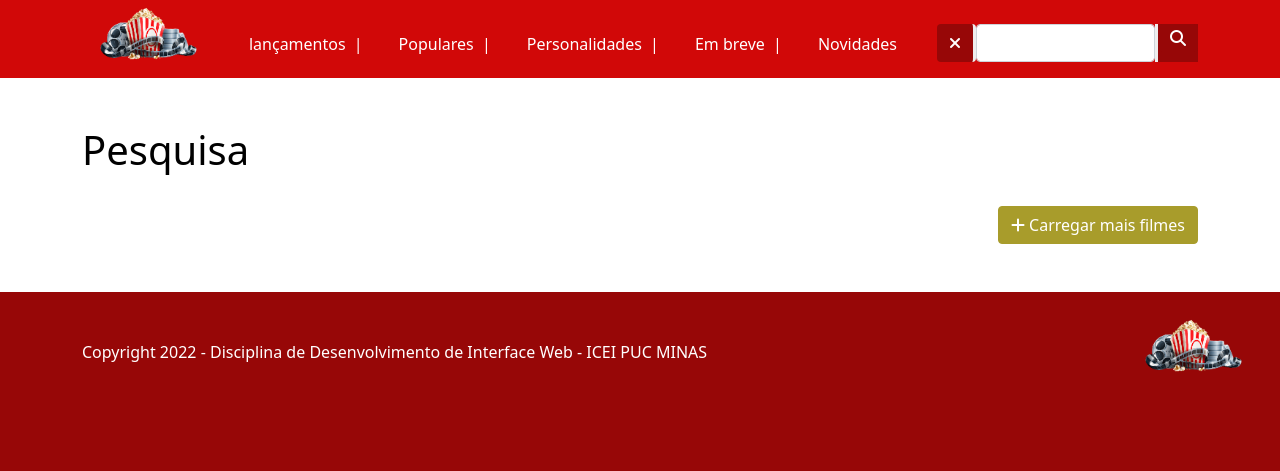
Repository: PedroH-Santos/portalFilmes-Html-JS
Page: Trabalho01-Web/pesquisa.html
These files come from the project's save history. The page is drawn as it stood at one moment and after the next save; the edit follows.
The browser window is 1280 px wide. The pictures show the whole page.
The page's requests for data from a server got no answer. Some web libraries are served in a nearby version.

Above is the page before, as saved 2022-06-09 20:13:26.
Console error (its wording comes from the project's code and is left out).

### Trabalho01-Web/pesquisa.html
<!doctype html>
<html lang="pt-br">

<head>
    <!-- Required meta tags -->
    <meta charset="utf-8">
    <meta name="viewport" content="width=device-width, initial-scale=1">

    <!-- Bootstrap CSS -->
    <link href="https://cdn.jsdelivr.net/npm/bootstrap@5.1.3/dist/css/bootstrap.min.css" rel="stylesheet"
        integrity="sha384-1BmE4kWBq78iYhFldvKuhfTAU6auU8tT94WrHftjDbrCEXSU1oBoqyl2QvZ6jIW3" crossorigin="anonymous">

    <script src="https://kit.fontawesome.com/5342ce2135.js" crossorigin="anonymous"></script>
    <link rel="stylesheet" href="./styles/home.css" />
    <script src="https://ajax.googleapis.com/ajax/libs/jquery/3.6.0/jquery.min.js"></script>

    <title>Portal de Filmes</title>
</head>

<body>
    <header class="header">

        <div class="container">
            <div class="row">
                <span class="col-xl-1 col-sm-12 col-12 logoContainer">
                    <a href="index.html">
                        <img src="./images/logo.png" class="logo mt-1" />
                    </a>
                </span>

                <div class="menu col-xl-8  mt-4">
                    <ul class="nav justify-content-end ">
                        <li class="nav-item">
                            <a class="nav-link" aria-current="page" href="#lancamentos"> lançamentos <span class="m-1">
                                    | </span>
                            </a>
                        </li>
                        <li class="nav-item">
                            <a class="nav-link" href="#populares"> Populares <span class="m-1"> | </span> </a>
                        </li>
                        <li class="nav-item">
                            <a class="nav-link" href="#ultimasAvaliacoes"> Personalidades <span class="m-1"> |
                                </span></a>
                        </li>
                        <li class="nav-item">
                            <a class="nav-link " href="#entrevistaMaking"> Em breve <span class="m-1"> | </span></a>
                        </li>
                        <li class="nav-item">
                            <a class="nav-link" href="#novidades"> Novidades </a>
                        </li>
                    </ul>
                </div>
                <div class="pesquisa col-xl-3 mt-4">
                    <div class="d-flex mb-3">
                        <a href="#" class="input-group-text input-search emptyInputSearch"><i class="fas fa-times"></i></a>

                        <form action="pesquisa.html" method="get" class="formSearch">
                            <input type="text" class="form-control searchInput" name="search" aria-label="Amount (to the nearest dollar)">
                        </form>
                        <a href="#" class="searchButton">
                            <span class="input-group-text input-search"><i class="fas fa-search"></i></span>
                        </a>


                    </div>
                </div>
            </div>
        </div>

        <div class="menuMobile">
            <a href="#" class="toogle-menu" onclick="showMobile()"> <i class="fas fa-bars"></i> </a>
            <div class="containerLinks">
                <ul class="nav-mobile" id="menuMob">
                    <li class="nav-item d-block">
                        <a class="nav-link" aria-current="page" href="#lancamentos"> lançamentos </a>
                    </li>
                    <li class="nav-item">
                        <a class="nav-link" href="#populares"> Populares </a>
                    </li>
                    <li class="nav-item">
                        <a class="nav-link" href="#ultimasAvaliacoes"> Personalidades </a>
                    </li>
                    <li class="nav-item">
                        <a class="nav-link " href="#entrevistaMaking"> Em breve</a>
                    </li>
                    <li class="nav-item">
                        <a class="nav-link" href="#novidades"> Novidades </a>
                    </li>
                </ul>
            </div>
        </div>
    </header>

    <main>




        <section id="populares" class="blockType2">
            <div class="container ">
                <div class="row ">
                    <div class="col-xl-9  col-sm-12  col-12 mt-4">
                        <h1 class="mt-4 "> Pesquisa </h1>
                    </div>
                </div>
                <div class="searchData">

                </div>
                <div class="row">
                    <div class="col-xl-6 mt-4">

                    </div>
                    <div class="col-xl-6 mt-4 d-flex justify-content-end mb-5">
                        <button type="button" class="btn btn-primary btn-md addPageSearch" ><i class="fas fa-plus"></i>
                            Carregar mais
                            filmes</button>
                    </div>

                </div>
            </div>

        </section>







    </main>





    <footer class="mt-4 footer">


        <div class="container">
            <div class="row">

                <div class="col-xl-11 col-sm-12 col-12 mt-4">
                    <p> Copyright 2022 - Disciplina de Desenvolvimento de Interface Web - <span
                            class="font-weight-bold"> ICEI PUC MINAS </span></p>
                </div>

                <span class="col-xl-1 col-sm-12 col-12 logoContainer">
                    <img src="./images/logo.png" class="logo" />
                </span>
            </div>
        </div>

    </footer>


    <script src="https://cdn.jsdelivr.net/npm/bootstrap@5.1.3/dist/js/bootstrap.bundle.min.js"
        integrity="sha384-ka7Sk0Gln4gmtz2MlQnikT1wXgYsOg+OMhuP+IlRH9sENBO0LRn5q+8nbTov4+1p"
        crossorigin="anonymous"></script>

</body>

<script src="./scripts/pesquisa.js"> </script>

</html>

### Trabalho01-Web/styles/home.css
* {
    box-sizing: border-box;
    margin: 0;
}

body {
    background-color: rgb(151 7 7);
    ;
}

p {
    break-word: break;
}

.logo {
    width: 8em;
    height: 4rem;
}

.menu {
    display: inline-block;
    color: white;
}

.nav-link {
    color: white;
}

.nav-link:hover {
    color: rgb(216, 200, 53);
}



.header {
    background-color: rgba(255, 10, 10, 0.562)
}

.footer {
    color: white;
}

.cardDestaque {
    justify-content: end;
}

.cardDestaque > img{
    max-width: 262px;
    max-height: 388px;
}


.title-info.next {
    color: rgb(216, 200, 53);
}
.text-info-sub{
 font-size: 1.2rem;
}


.title-info {
    display: inline-block;
}

.subdiv-info {
    display: inline-block;
}

.div-title-section {
    display: flex;
    align-items: center;
    justify-content: center;
}

.blockType1 {
    background-color: rgba(151, 7, 7, 0.562);
    color: white;
}

.blockType2 {
    background-color: white;
    color: black;
}

.userCircle {
    width: 60px;
    height: 60px;
    background-color: rgba(151, 7, 7, 0.562);
    border-radius: 30px;
    text-align: center;
    font-size: 30px;
}

.dataAvaliacao {
    font-weight: bold;
}

.avaliacoes input[type=radio] {
    display: none;
}

.avaliacoes label i.fas:before {
    color: rgb(216, 200, 53);
}

.avaliacoes input[type=radio]:checked~label i.fas:before {
    color: #cccccc;
}

.img-novidades {
    max-width: 190px;
    max-height: 267px;
    width: 100%;
}

.btn-primary {
    background-color: rgb(168, 156, 43);
    border-color: rgb(168, 156, 43);
}

.btn-primary:hover {
    background-color: rgb(151, 139, 32);
    border-color: rgb(151, 139, 32);
}

.novidade-block {
    border-bottom: 1px solid white;
}

.editorial-info i {
    font-size: 20px;
}

.redes-sociais-info {
    font-size: 40px;
    color: rgb(168, 156, 43);

}

.redes-sociais-info:hover {
    color: rgb(151, 139, 32);

}

.iframeLancamentos {
    width: 100%;
    height: 400px;
}

.menuMobile {
    overflow: hidden;
    display: none;
}

.nav-mobile {
    list-style: none;
    opacity: 0;
    position: relative;
    width: 200px;
    z-index: 99999;
    transition: opacity 0.4s linear;

}
.containerLinks{
    position: absolute;
    height: 20px;
}
.nav-mobile > .nav-item {
    background-color: rgb(168, 156, 43);
    text-decoration: none;
    width: 100%;
    z-index: 99999;

}


.toogle-menu {
    color: white;
    margin-left: 2rem;
    text-decoration: none;
    display: block;

}

.toogle-menu:hover {
    color: rgb(168, 156, 43);
}
.input-group{
    border: 3px solid rgb(216, 200, 53);
    border-radius: 0.5rem;
}
.input-group input, .input-search{
    border-color: rgb(216, 200, 53);
    border: 0;
    background-color: rgb(151 7 7);
    color: white;
}

.form-control:focus  {
    background-color: rgb(192 0 0);
}

.input-search {
    background-color: rgb(151 7 7);
    border: 0;
}


.imageFilm{
    max-width: 100%;
    height: auto;
}





@media screen and (max-width: 768px) {
    .pesquisa {
        display: none;
    }

    .cardDestaque {
        justify-content: center;
    }

    .cardMaking {
        text-align: center;
    }

    .iframeLancamentos {
        width: 100%;
        height: 400px;
    }

    .iframeEntrevista {
        width: 80%;
    }
}


@media screen and (max-width: 1200px) {
    .logoContainer {
        text-align: center;
        margin-top: 20px;
    }

    .menu {
        display: none;
    }

    .menuMobile {
        display: block;
    }

    .containerImageNovidades{
        text-align: center;
        margin-bottom: 20px;
    }
    .userCircle {
        margin-right: 10px;
    }
}



.searchButton{
    background-color: rgb(151 7 7);
    border: 0;
    border-left: 3px solid #eee;
    text-decoration: none;
}
.input-search{
    text-decoration: none;

}
.searchInput:focus {
    color: #fff;
}
.emptyInputSearch{
    border-right: 3px solid #eee;

}
.formSearch{
    width: 100%;
}

### Trabalho01-Web/scripts/pesquisa.js
const TOKEN_LEITURA = "eyJhbGciOiJIUzI1NiJ9.eyJhdWQiOiI5ODA0ODE1ZDMxNDZjYWVlZTk3ZTg2MmM0MDJiMzMxZSIsInN1YiI6IjYyOWU4Mjc5ZDIxNDdjMTE3Y2FmYTcyMyIsInNjb3BlcyI6WyJhcGlfcmVhZCJdLCJ2ZXJzaW9uIjoxfQ.lcDoFcQZPkXEpju3YQv6ZDBcaRqk-C9sPSVMZtAOYSk"
const CHAVE_API = "9804815d3146caeee97e862c402b331e";
const BASE_URL = "https://api.themoviedb.org/3/";
const BASE_URL_FILMS = "https://image.tmdb.org/t/p/w300";
const YOUTUBE_VIDEOS = "https://www.youtube.com/embed/";



let search = window.location.search;
let filmName = search.replace("?search=", "");


var xhttp = new XMLHttpRequest();
var dataSearchFilms = [];
let pageSearchFilms = 1;
loadSearchFilms();
$(".addPageSearch").click(() => {
    pageSearchFilms++;
    loadSearchFilms(pageSearchFilms);
    getDefaultSearchFilms();

 });
function loadSearchFilms(page) {
    xhttp.open("GET", `${BASE_URL}search/movie?api_key=${CHAVE_API}&language=pt-BR&page=${page}&append_to_response=videos&query=${filmName}`, false);
    xhttp.send();
    let responseSearchFims = JSON.parse(xhttp.responseText);
    dataSearchFilms = responseSearchFims.results;
}


getDefaultSearchFilms(dataSearchFilms, pageSearchFilms);

function getDefaultSearchFilms() {

    searchFilmData = $(".searchData").html();

    searchFilmData += '<div class="row">';

    for (let i = 0; i < dataSearchFilms.length; i++) {
        let data = dataSearchFilms[i];
        xhttp.open("GET", `${BASE_URL}movie/${data.id}?api_key=${CHAVE_API}&language=pt-BR&page=1&append_to_response=videos`, false);
        xhttp.send();
        let dataPlus = JSON.parse(xhttp.responseText);
        searchFilmData += `

      <div class="col-xl-3 col-sm-12 col-md-6 col-lg-4 col-12 mt-4 cardDestaque ">

      <div class="d-block">
            <img src="${BASE_URL_FILMS}/${data.poster_path}?api_key=${CHAVE_API}" class="imageFilm"/>
         </div>
         <div class="d-block">
            <p class="mt-3 "> <strong> Título: </strong>  ${data.title}  </p>
            <p class="mt-3 "> <strong> Avaliação: </strong> ${data.vote_average} </p>
            <p class="mt-3 "> <strong> Data de Lançamento: </strong>${data.release_date}</p>
            <p class="mt-3 "> <strong>  Resumo : </strong> ${data.overview}</p>
         </div>
         <div class="d-block mt-2">
            <a href="detalhes.html?id=${data.id}" class="btn btn-primary">Detalhes</a>
         </div>
      </div>
      `
    }
    searchFilmData += '</div>';

    $(".searchData").html(searchFilmData);

}
let htmlDetail = '';

After the next save:
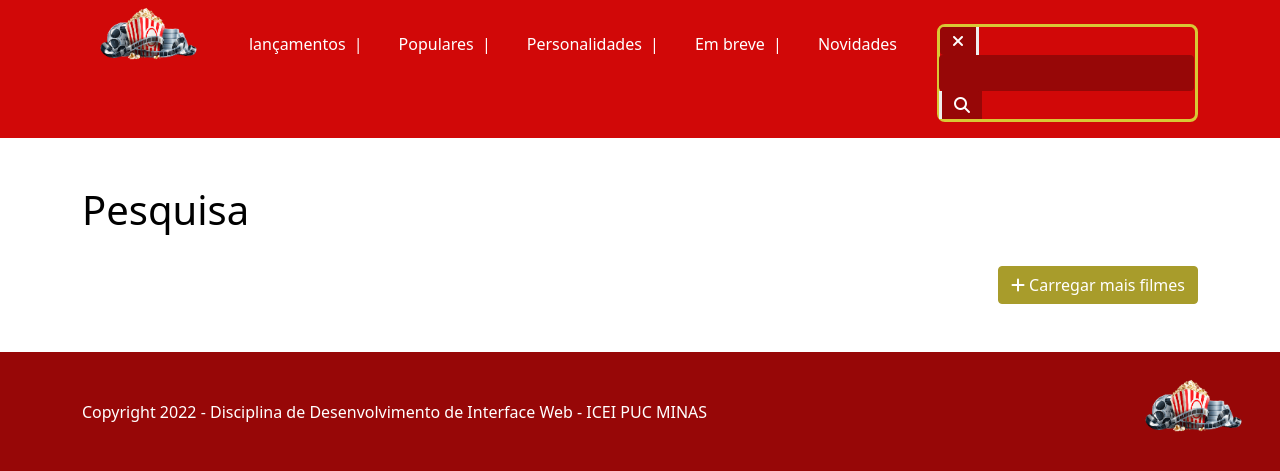
Saved 11 s later.
--- a/Trabalho01-Web/pesquisa.html
+++ b/Trabalho01-Web/pesquisa.html
@@ -51,7 +51,7 @@
                     </ul>
                 </div>
                 <div class="pesquisa col-xl-3 mt-4">
-                    <div class="d-flex mb-3">
+                    <div class="input-group mb-3">
                         <a href="#" class="input-group-text input-search emptyInputSearch"><i class="fas fa-times"></i></a>
 
                         <form action="pesquisa.html" method="get" class="formSearch">
